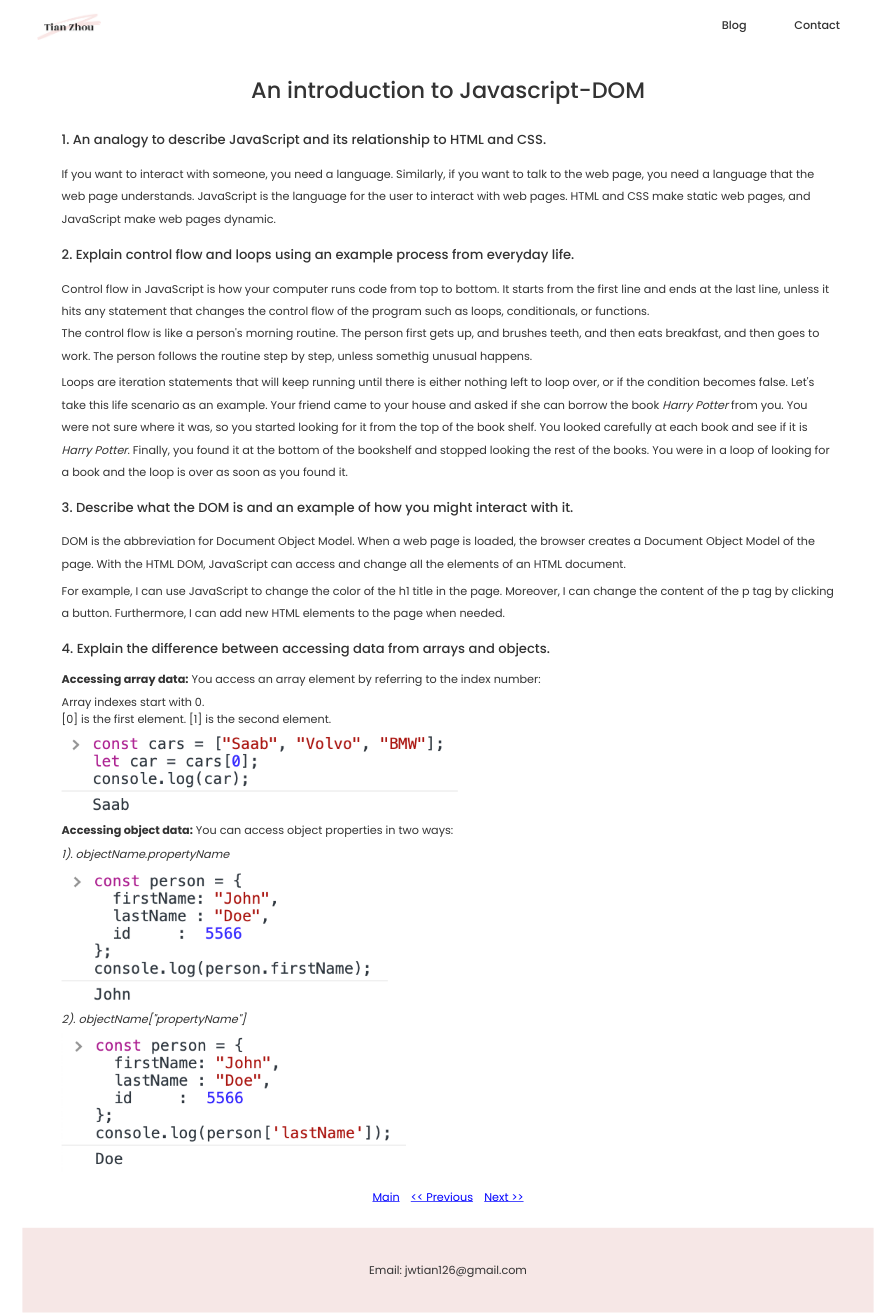
Repository: Tiaanz/Tiaanz.github.io
Page: blog/javascript-dom.html
These files come from the project's save history. The page is drawn as it stood at one moment and after the next save; the edit follows.
The browser window is 1280 px wide. The pictures show the whole page, at 70% of full size.

Above is the page before, as saved 2023-01-25 16:51:54.

After the next save:
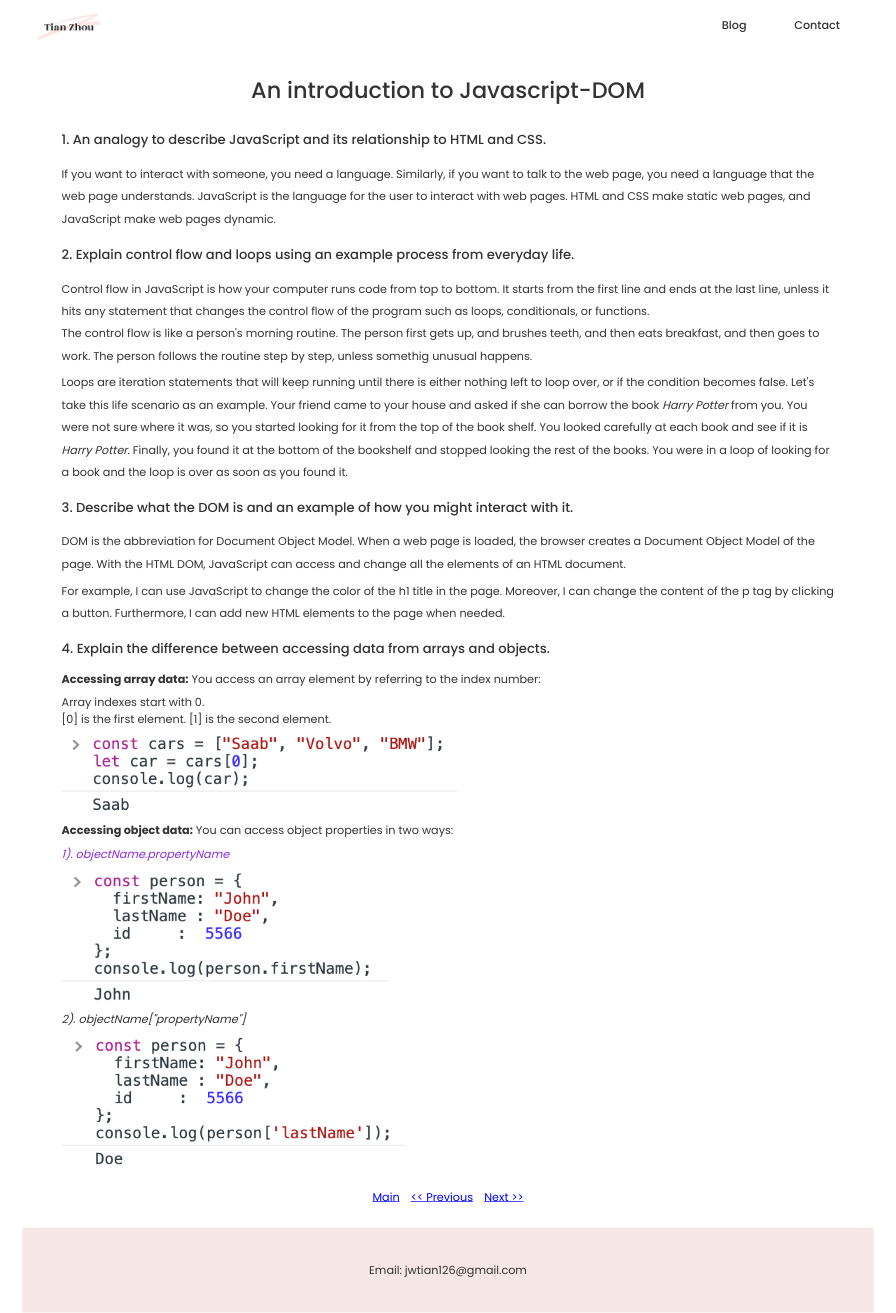
Saved 4 s later.
--- a/blog/javascript-dom.html
+++ b/blog/javascript-dom.html
@@ -63,7 +63,7 @@
                     [0] is the first element. [1] is the second element.</li>
                 <li><img src="../images/array.png" alt="array"></li>
                 <li><b>Accessing object data:</b> You can access object properties in two ways: </li>
-                <li style="color:"><i>1). objectName.propertyName</i></li>
+                <li style="color:blueviolet"><i>1). objectName.propertyName</i></li>
                 <li><img src="../images/object1.png" alt="object"></li>
                 <li><i>2). objectName["propertyName"]</i></li>
                 <li><img src="../images/object2.png" alt="object"></li>

After the 2 saves that followed:
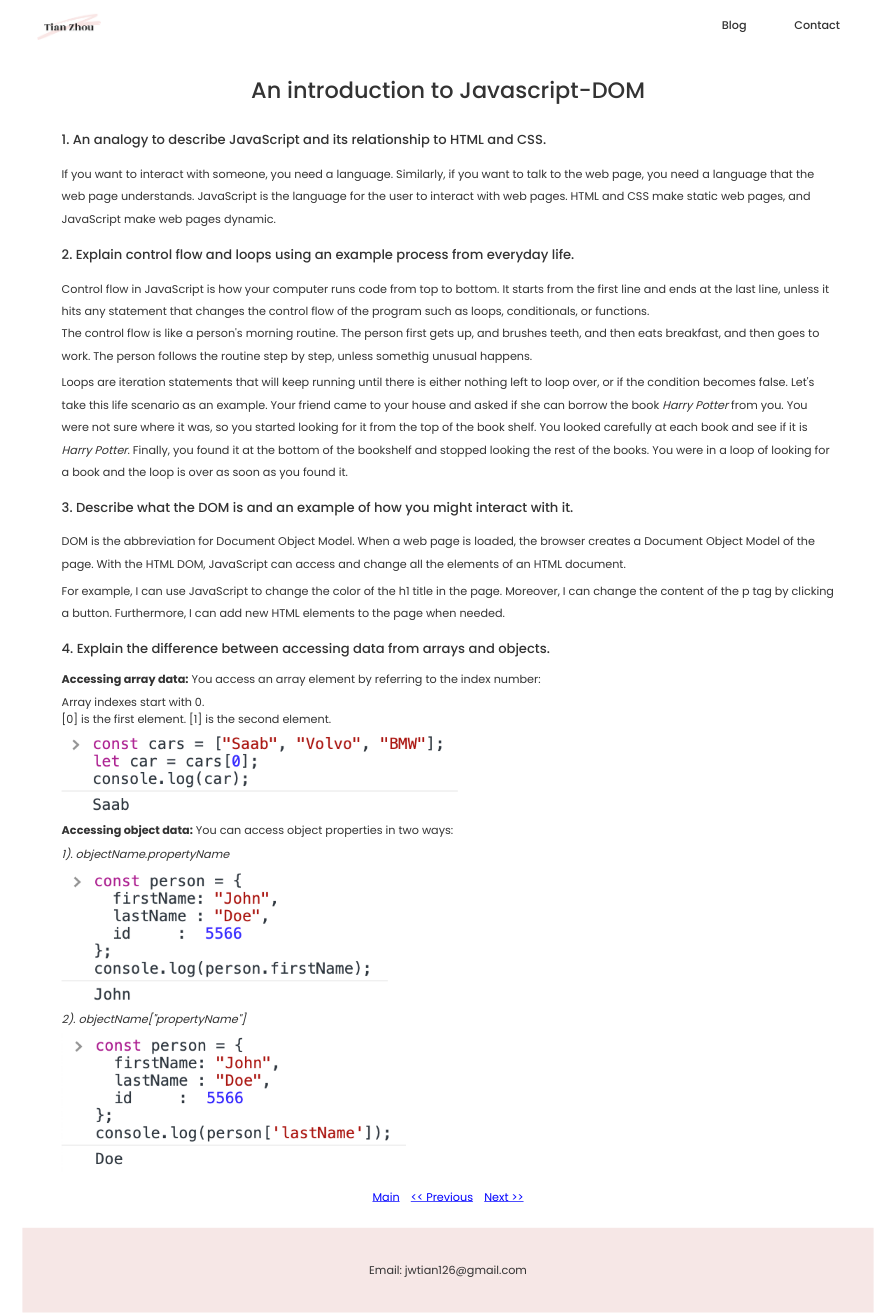
The 2 saves are shown as one change because they came seconds apart.
The last was saved 32 s later.
--- a/blog/javascript-dom.html
+++ b/blog/javascript-dom.html
@@ -63,7 +63,7 @@
                     [0] is the first element. [1] is the second element.</li>
                 <li><img src="../images/array.png" alt="array"></li>
                 <li><b>Accessing object data:</b> You can access object properties in two ways: </li>
-                <li style="color:blueviolet"><i>1). objectName.propertyName</i></li>
+                <li style="background-color: ;"><i>1). objectName.propertyName</i></li>
                 <li><img src="../images/object1.png" alt="object"></li>
                 <li><i>2). objectName["propertyName"]</i></li>
                 <li><img src="../images/object2.png" alt="object"></li>
